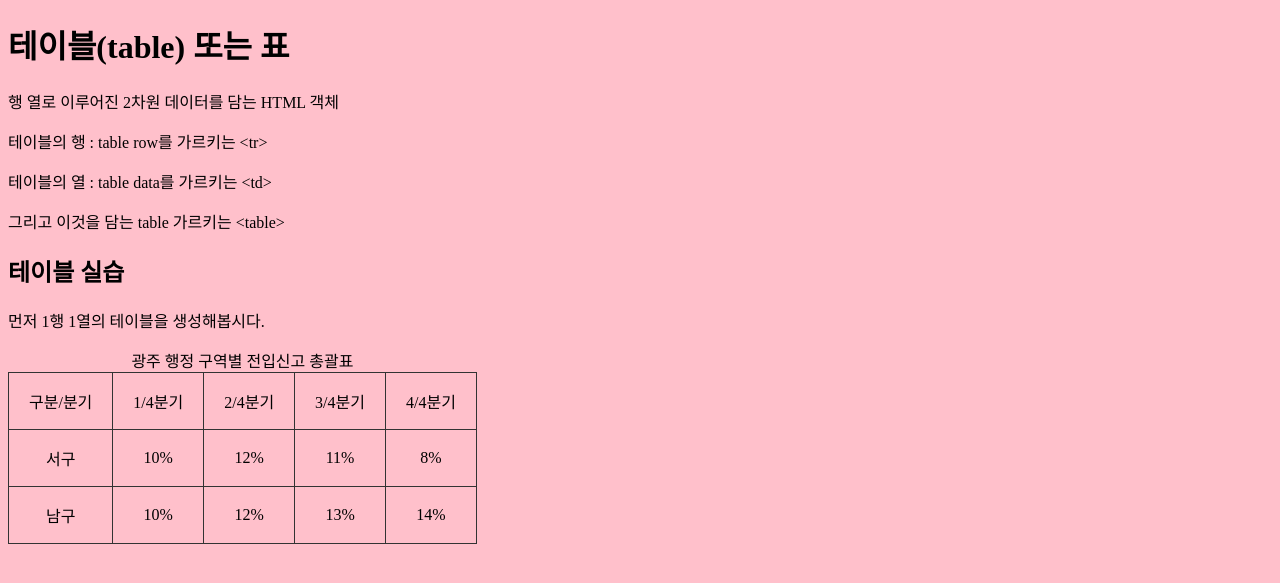
Repository: kmh9964/view
Page: workspace/studyhtml5/src/main/webapp/docs/first.html
These files come from the project's save history. The page is drawn as it stood at one moment and after the next save; the edit follows.
The browser window is 1280 px wide. The pictures show the whole page.

Above is the page before, as saved 2022-12-15 06:31:13.

### workspace/studyhtml5/src/main/webapp/docs/first.html
<!doctype html>
<html lang="en">
<head>
<meta charset="UTF-8" />
<title>표</title>
<link rel="stylesheet" href="../css/main.css" />
</head>
<body>
	<h1>테이블(table) 또는 표</h1>
	<p>행 열로 이루어진 2차원 데이터를 담는 HTML 객체<p>
	<p>테이블의 행 : table row를 가르키는 &lt;tr&gt;</p> <!-- &은 그냥 특수 문자,lt 작다,gt는 크다라는 뜻 -->
	<p>테이블의 열 : table data를 가르키는 &lt;td&gt;</p>
	<p>그리고 이것을 담는 table 가르키는 &lt;table&gt;</p>
	<h2>테이블 실습</h2>
	<p>먼저 1행 1열의 테이블을 생성해봅시다.</p>

	<table>
		<caption>광주 행정 구역별 전입신고 총괄표</caption> <!-- 테이블 이름 넣어줄때 -->
		<tr> <!-- 행 -->
			<td>구분/분기</td><td>1/4분기</td><td>2/4분기</td><td>3/4분기</td><td>4/4분기</td> <!-- 열 -->
		</tr>
		<tr> <!-- 행 -->
			<td>서구</td><td>10%</td><td>12%</td><td>11%</td><td>8%</td> <!-- 열 -->
		</tr>
		<tr> <!-- 행 -->
			<td>남구</td><td>10%</td><td>12%</td><td>13%</td><td>14%</td> <!-- 열 -->
		</tr>
	</table>



</body>
</html>

### workspace/studyhtml5/src/main/webapp/css/main.css
@charset "UTF-8";

body {
	background: pink;
}

/* css 선택자
		-- 자주 쓰는것 : 1~5
		1)공용 선택자 : *
		2) 태그 선택자 :p
		3)클래스 선택자 : .text
		4) 아이디 선택자 :




*/

table, td {
		border :  1px solid #333;   /* 선의 두께, 선의 종류, 선의 색상 */
		border-collapse: collapse;  /* 테두리-겹침: 겹쳐라 */
}
td{
	padding: 1rem 1.250rem; /* 패딩(=안여백): 상하 1rem , 좌우 1.250rem */
	text-align: center;
}

After the next save:
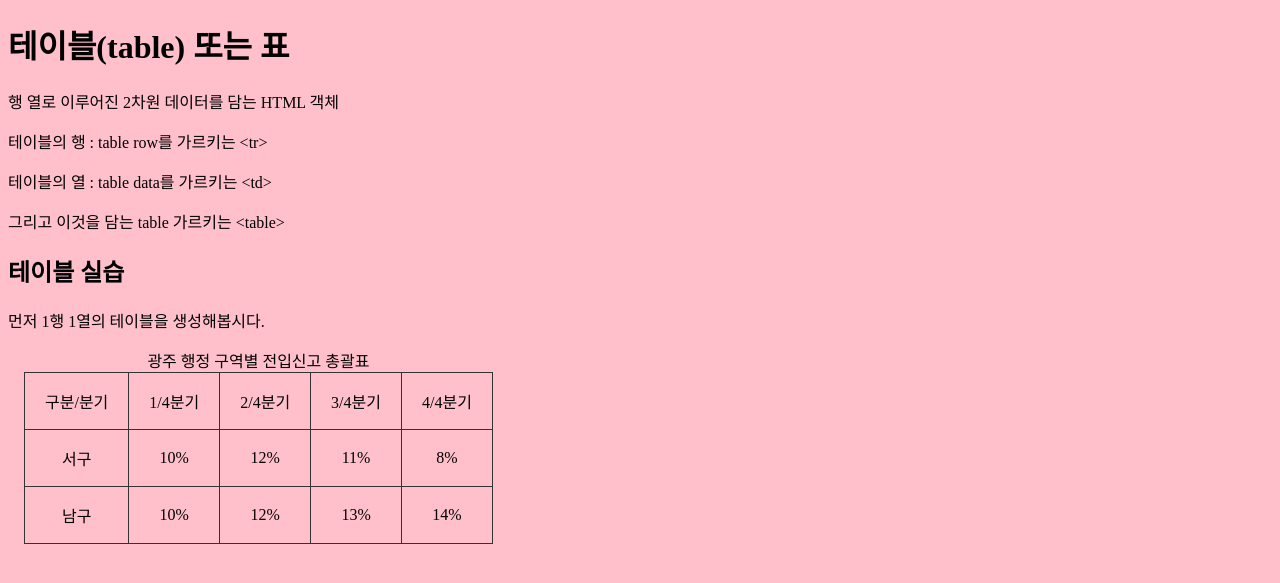
Saved 9 min 1 s later.
--- a/workspace/studyhtml5/src/main/webapp/css/main.css
+++ b/workspace/studyhtml5/src/main/webapp/css/main.css
@@ -19,8 +19,9 @@ body {
 table, td {
 		border :  1px solid #333;   /* 선의 두께, 선의 종류, 선의 색상 */
 		border-collapse: collapse;  /* 테두리-겹침: 겹쳐라 */
+		margin : 1rem;/*마진(=바깥여백) : 상,하,좌,우 모두 적용*/
 }
 td{
 	padding: 1rem 1.250rem; /* 패딩(=안여백): 상하 1rem , 좌우 1.250rem */
-	text-align: center;
+	text-align: center;     /* 열(td) 정렬 */
 }
